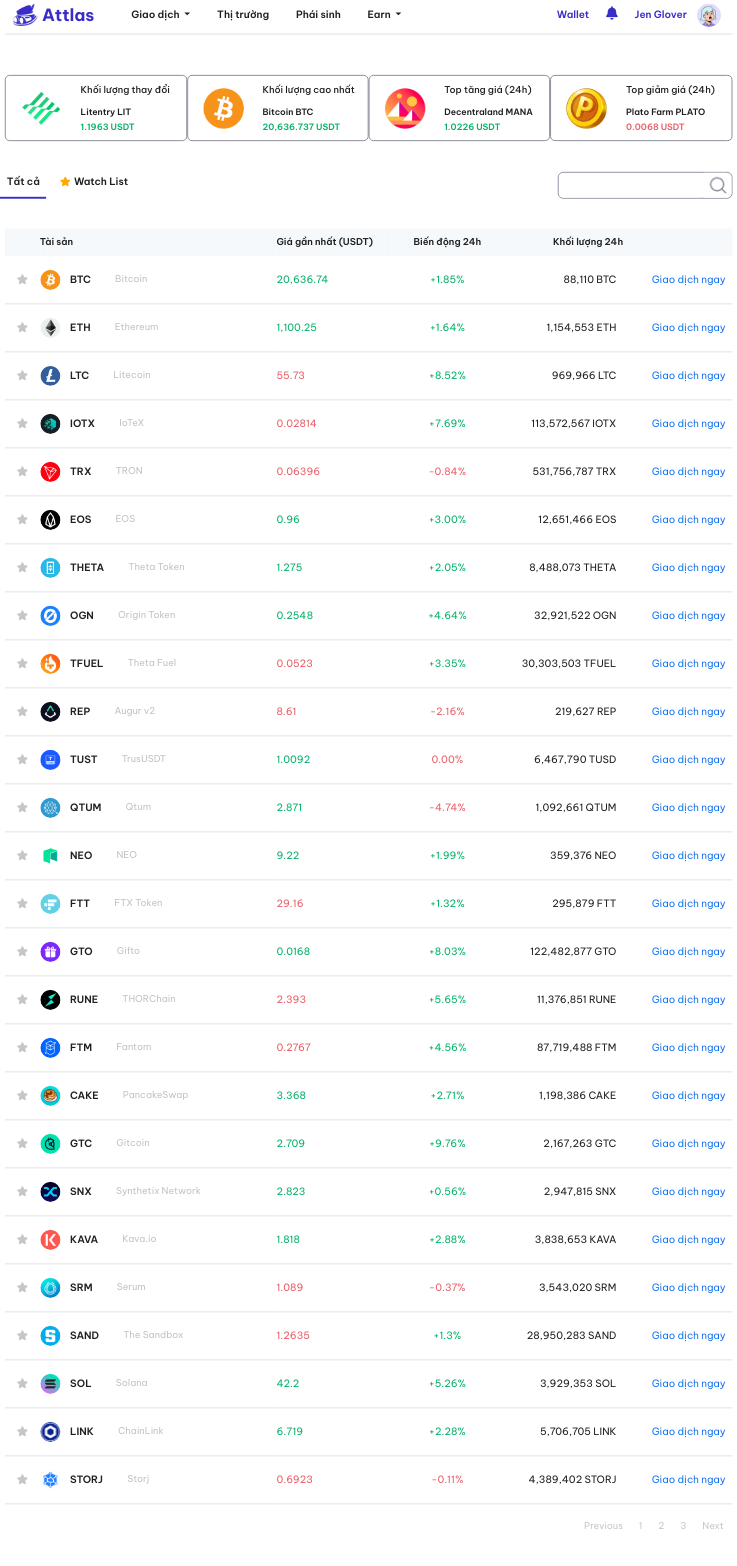
Repository: 1509Long/1509long.github.io
Page: techmaster-test/homepage.html
An editor plug-in stored every save of this project. The page is shown before and after the next save, followed by the edit.
The browser window is 768 px wide. The pictures show the whole page, at 96% of full size.

Above is the page before, as saved 2022-07-19 16:19:47.

After the next save:
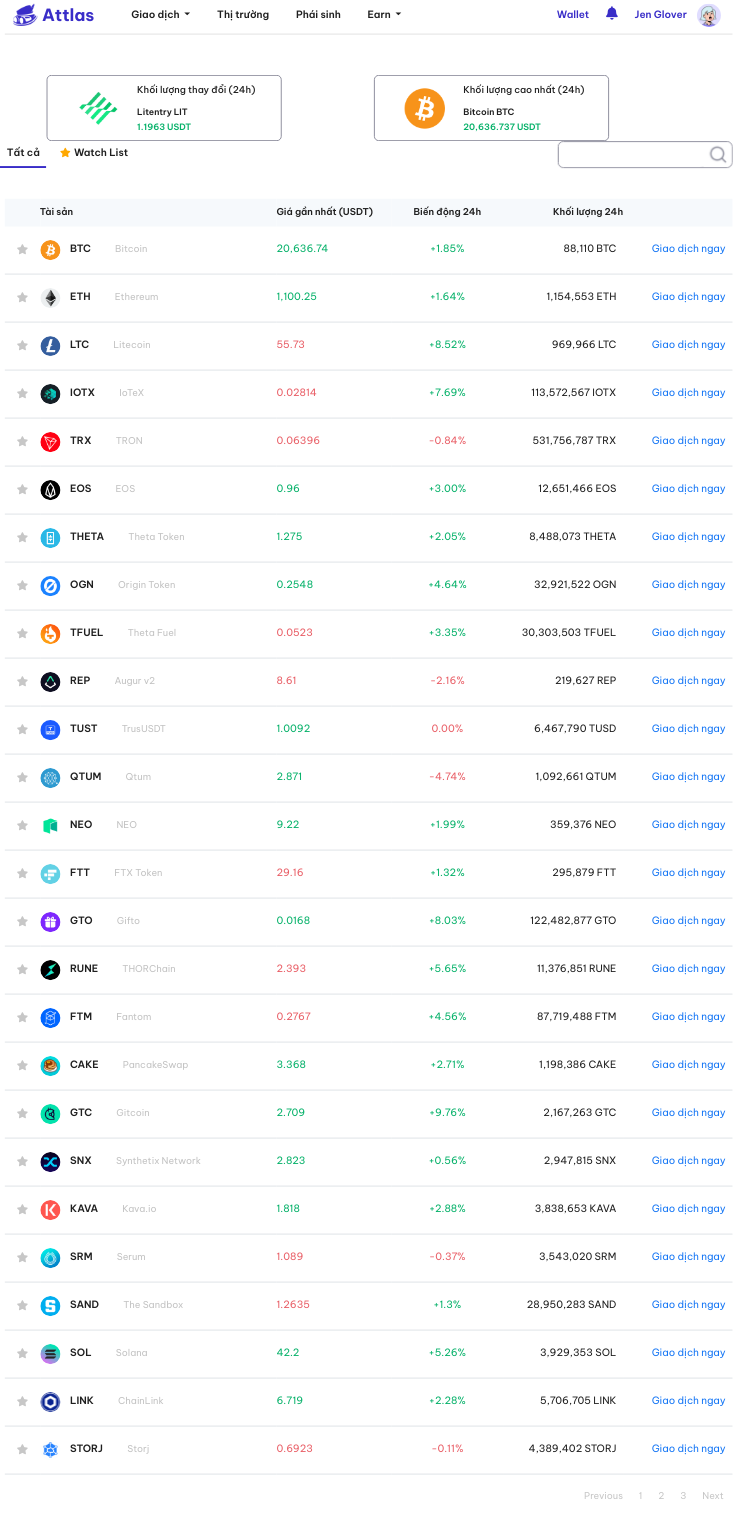
Saved 13 s later.
--- a/techmaster-test/homepage.css
+++ b/techmaster-test/homepage.css
@@ -58,11 +58,11 @@
 
 @media screen and (max-width : 844px) {
     .top-of-the-day {
-        display: none;
+        display: none !important;
     }
 
     #carousel-slider-responsive {
-        display: block;
+        display: block !important;
     }
 }
 
